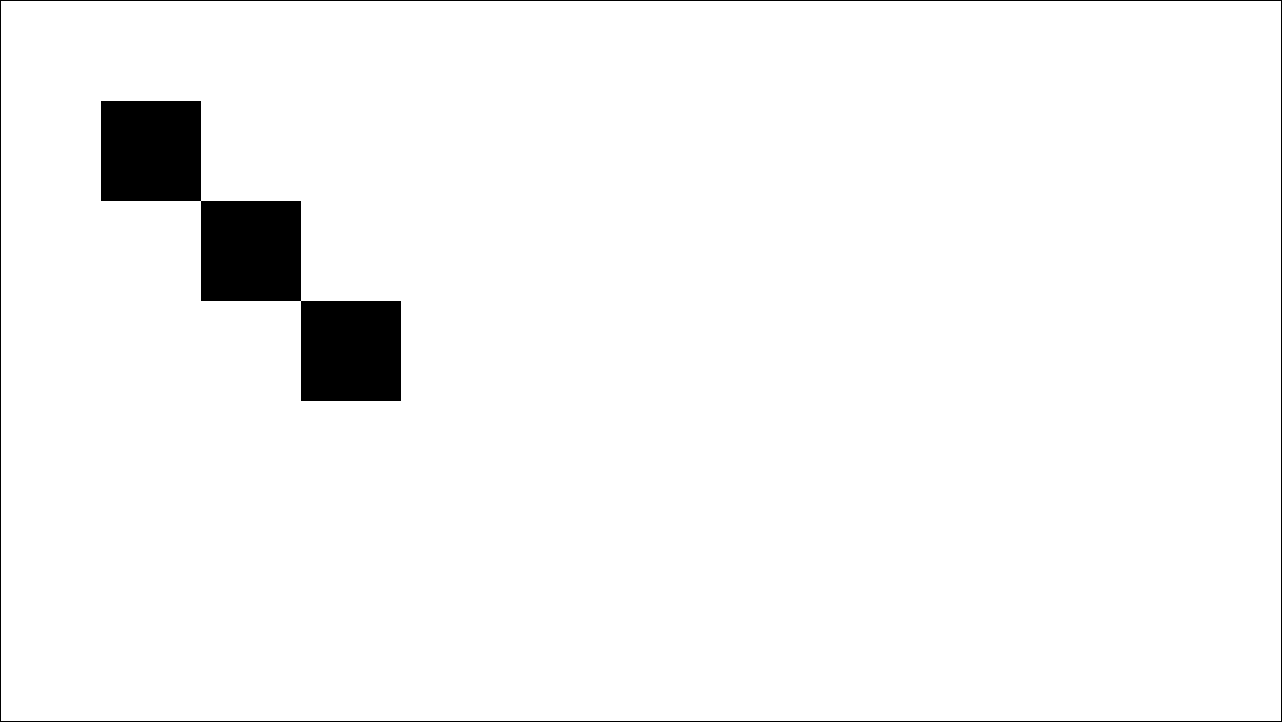
Repository: badhon252/Javascript-practice
Page: 1projects/JavaScript30/08 - Fun with HTML5 Canvas/index-START.html
The author's editor kept a copy of each file at every save. The page is drawn from the files as they stood at one save, then again after the next save.
The browser window is 1280 px wide. The page is 1282 px wide, so the pictures cover 1282 px, including what lies to the right of the window. The pictures show the whole page.

Above is the page before, as saved 2022-12-02 23:33:10.

### 1projects/JavaScript30/08 - Fun with HTML5 Canvas/index-START.html
<!DOCTYPE html>
<html lang="en">

<head>
    <meta charset="UTF-8">
    <title>HTML5 Canvas</title>
</head>

<body>
    <canvas id="draw" width="800" height="800"></canvas>
    <script>
    </script>

    <style>
        html,
        body {
            margin: 0;
            padding: 0;
        }

        #draw {
            border: 1px solid black;
        }
    </style>

    <script>
        console.log("first")
        const canvas = document.querySelector("#draw");
        const ctx = canvas.getContext("2d")

        canvas.width = window.innerWidth;
        canvas.height = window.innerHeight;

        // ctx.fillRect(x, y, width, height)
        ctx.fillRect(100, 100, 100, 100);
        ctx.fillRect(200, 200, 100, 100);
        ctx.fillRect(300, 300, 100, 100);
    </script>
</body>

</html>

After the next save:
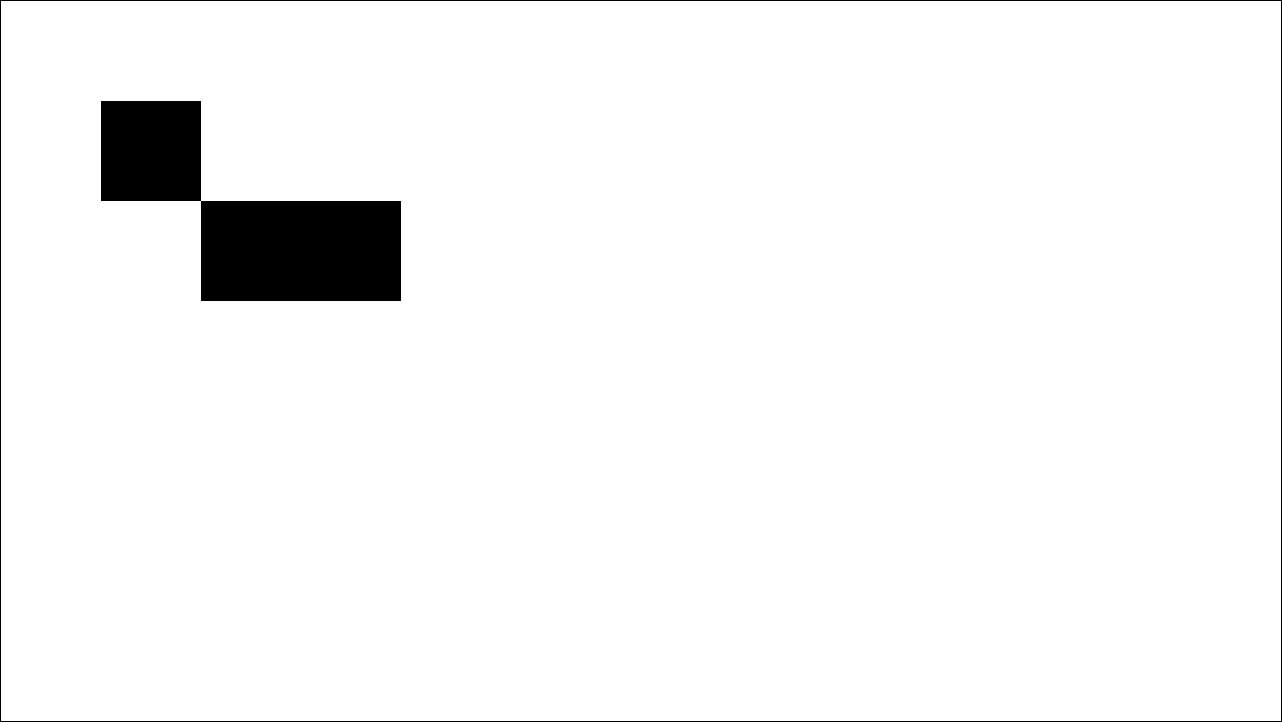
Saved 7 s later.
--- a/1projects/JavaScript30/08 - Fun with HTML5 Canvas/index-START.html
+++ b/1projects/JavaScript30/08 - Fun with HTML5 Canvas/index-START.html
@@ -34,7 +34,7 @@
         // ctx.fillRect(x, y, width, height)
         ctx.fillRect(100, 100, 100, 100);
         ctx.fillRect(200, 200, 100, 100);
-        ctx.fillRect(300, 300, 100, 100);
+        ctx.fillRect(300, 200, 100, 100);
     </script>
 </body>
 
